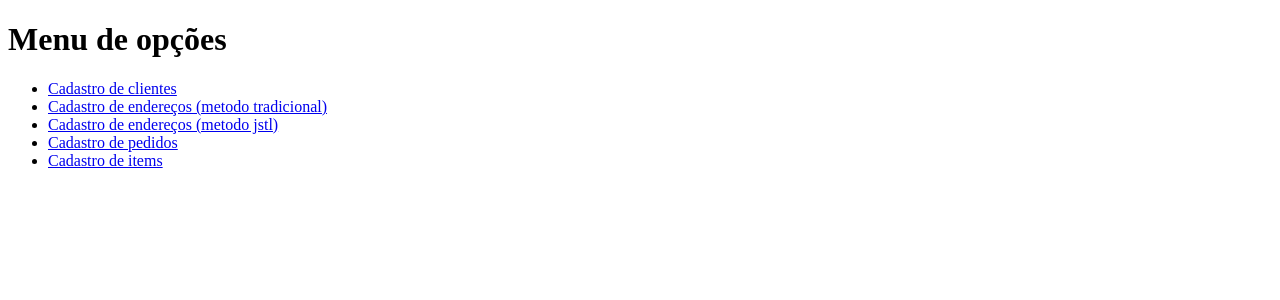
Repository: NicholasMaestrello/treinamento-impacta
Page: http://localhost/02_VendasWEB/
The author's editor kept a copy of each file at every save. The page is drawn from the files as they stood at one save, then again after the next save.
The browser window is 1280 px wide. The pictures show the whole page.
The page is served by Tomcat 9.

Above is the page before, as saved 2017-09-29 16:38:59.

After the next save:
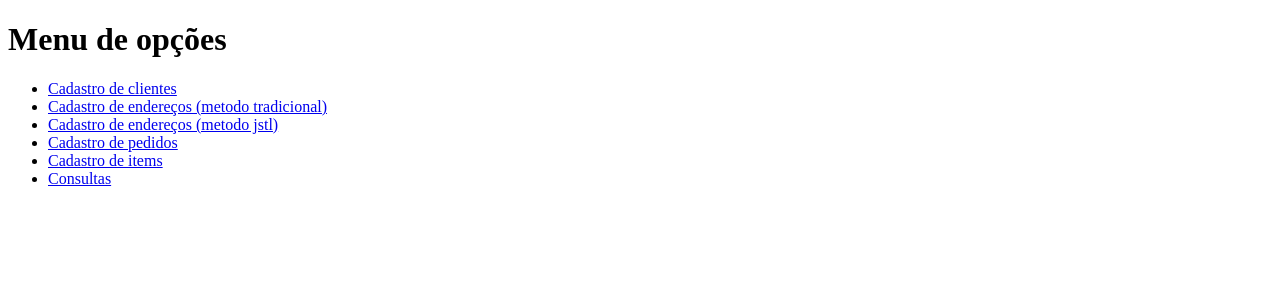
Saved 42 s later.
--- a/DesenvolvimentoJava/Modulo03/02_VendasWEB/WebContent/index.jsp
+++ b/DesenvolvimentoJava/Modulo03/02_VendasWEB/WebContent/index.jsp
@@ -14,6 +14,7 @@
 		<li><a href="cadEnderecosJSTL.jsp">Cadastro de endereços (metodo jstl)</a></li>
 		<li><a href="cadPedidos.jsp">Cadastro de pedidos</a></li>
 		<li><a href="cadItem.jsp">Cadastro de items</a></li>
+		<li><a href="consultas.jsp">Consultas</a></li>
 	</ul>
 </body>
 </html>
